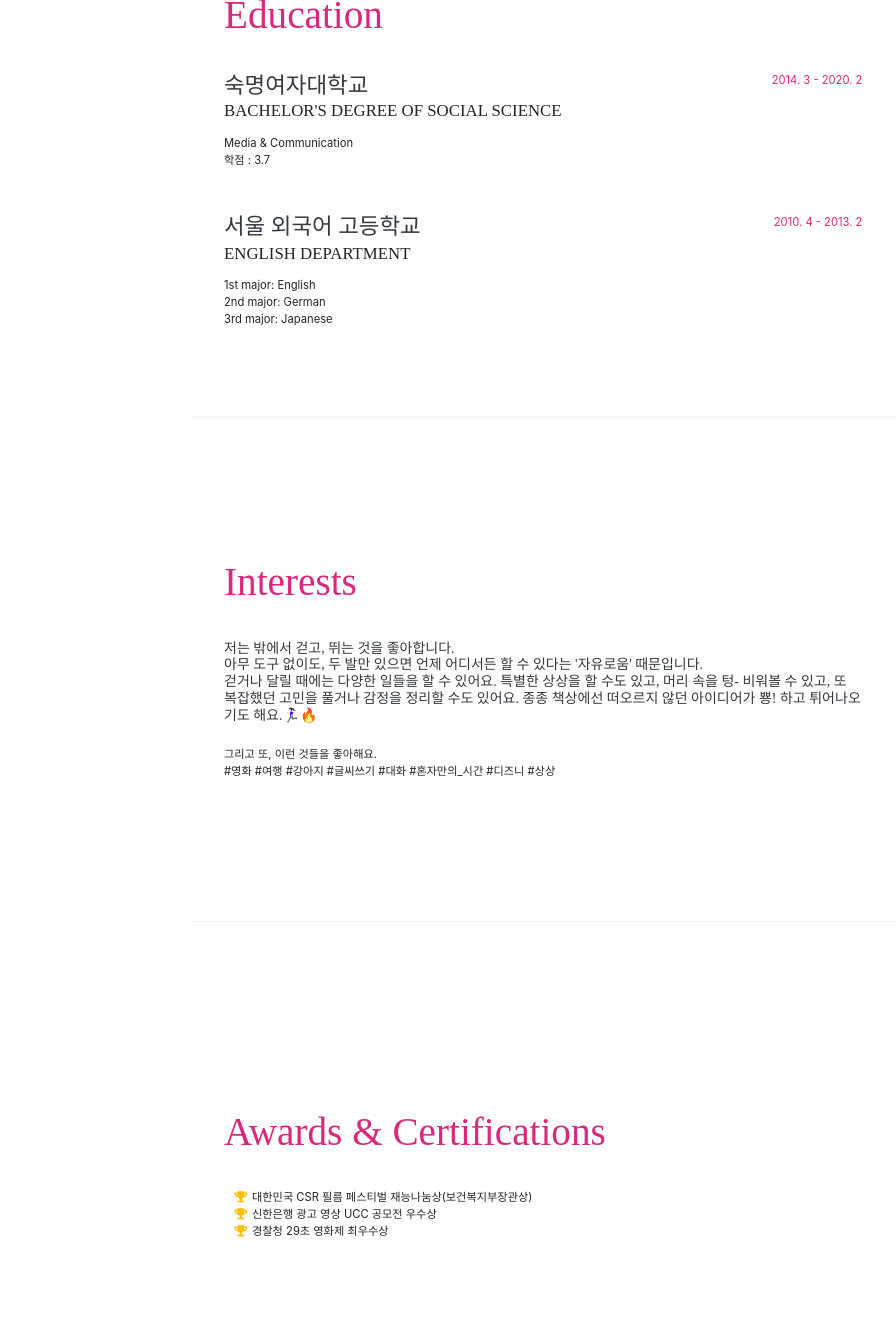
Repository: hyunah-aha/hyunah-aha
Page: Resume/index.html
The author's editor kept a record of every edit. The page is drawn from the files as they stood at one moment, then again after the next edit.
The browser window is 1280 px wide. The pictures show the part of the page from y = 1916 to 3836 px (the page is 3953 px tall), at 70% of full size.
Some web fonts or font styles are not loaded; a fallback is used.

Above is the page before.

### Resume/index.html
<!DOCTYPE html>
<html lang="kor">

<head>

  <meta charset="utf-8">
  <meta name="viewport" content="width=device-width, initial-scale=1, shrink-to-fit=no">
  <meta name="description" content="">
  <meta name="author" content="">

  <title>Resume - Start Bootstrap Theme</title>

  <!-- Bootstrap core CSS -->
  <link href="vendor/bootstrap/css/bootstrap.min.css" rel="stylesheet">

  <!-- Custom fonts for this template -->
  <link href="https://fonts.googleapis.com/css?family=Saira+Extra+Condensed:500,700" rel="stylesheet">
  <link href="https://fonts.googleapis.com/css?family=Muli:400,400i,800,800i" rel="stylesheet">
  <link href="vendor/fontawesome-free/css/all.min.css" rel="stylesheet">

  <!-- Custom styles for this template -->
  <link href="css/resume.css" rel="stylesheet">

</head>

<body id="page-top">

  <nav class="navbar navbar-expand-lg navbar-dark bg-primary fixed-top" id="sideNav">
    <a class="navbar-brand js-scroll-trigger" href="#page-top">
      <span class="d-block d-lg-none">현아의 포트폴리오
</span>
      <span class="d-none d-lg-block">
        <img class="img-fluid img-profile rounded-circle mx-auto mb-2" src="img/hyunah_profile2.jpeg" alt="">
      </span>
    </a>
    <button class="navbar-toggler" type="button" data-toggle="collapse" data-target="#navbarSupportedContent" aria-controls="navbarSupportedContent" aria-expanded="false" aria-label="Toggle navigation">
      <span class="navbar-toggler-icon"></span>
    </button>
    <div class="collapse navbar-collapse" id="navbarSupportedContent">
      <ul class="navbar-nav">
        <li class="nav-item">
          <a class="nav-link js-scroll-trigger" href="#about">Hello :D </a>
        </li>
        <li class="nav-item">
          <a class="nav-link js-scroll-trigger" href="#experience">experience</a>
        </li>
        <li class="nav-item">
        </li>
        <li class="nav-item">
          <a class="nav-link js-scroll-trigger" href="#interests">interests</a>
        </li>
        <li class="nav-item">
          <a class="nav-link js-scroll-trigger" href="#awards">awards</a>
        </li>
      </ul>
    </div>
  </nav>

  <div class="container-fluid p-0">

    <section class="resume-section p-3 p-lg-5 d-flex align-items-center" id="about">
      <div class="w-100">
        <h2 class="mb-0">현아의 포트폴리오
        </h2>
        <br>
        <div class="subheading mb-5">T. 010-8704-0516<br>
          <a href="mailto:someday_ii@hanmail.net">E. someday_ii@hanmail.net</a>
        </div>
        <p class="lead mb-5">안녕하세요. 1년차 서비스 기획자 조현아입니다 🐥🌱 <br>이 자료는 저의 경력 사항들과, 그 이외의 경험들을 담고 있습니다. <br> 시간 내주셔서 감사드립니다. 지금부터 제 소개를 시작하겠습니다.</p>
        <br>
        <div class="social-icons">
          <a href="https://www.triple.guide/intro/" target="_blank">
            <i class="fab fa-linkedin-in"></i>
          </a>
          <a href="https://together.kakao.com/" target="_blank">
            <i class="fab fa-github"></i>
          </a>
          <a href="https://www.naver.com/" target="_blank">
            <i class="fab fa-twitter"></i>
          </a>
          <a href="https://www.daum.net" target="_blank">
            <i class="fab fa-facebook-f"></i>
          </a>
        </div>
      </div>
    </section>

    <hr class="m-0">

    <section class="resume-section p-3 p-lg-5 d-flex justify-content-center" id="experience">
      <div class="w-100">
        <h2 class="mb-5">Experience</h2>

        <div class="resume-item d-flex flex-column flex-md-row justify-content-between mb-5">
          <div class="resume-content">
            <h3 class="mb-0">서비스 기획자</h3>
            <div class="subheading mb-3">여행 어플 '트리플'</div>
            <p>해외여행 어플 '트리플'에서 서비스 기획자로 일하고 있습니다. <br> 웹/앱 서비스기획, 어드민 기획, 푸시 운영, 운영 정책 수립 등의 업무를 진행하고 있습니다. </p>
          </div>
          <div class="resume-date text-md-right">
            <span class="text-primary">2019. 7 - 현재</span>
          </div>
        </div>

        <div class="resume-item d-flex flex-column flex-md-row justify-content-between mb-5">
          <div class="resume-content">
            <h3 class="mb-0">서비스 기획 어시스턴트</h3>
            <div class="subheading mb-3">사회공헌플랫폼 '카카오같이가치'</div>
            <p>카카오 사회공헌 플랫폼 '카카오같이가치'에서 서비스 기획 어시스턴트로 일했습니다. <br>  서비스 개편 지원 및 배포 테스트 진행, 서비스 TC 작성 및 QA 진행, 콘텐츠 기획 및 제작,<br> 공식 SNS 운영 등의 업무를 진행하였습니다. </p>
          </div>
          <div class="resume-date text-md-right">
            <span class="text-primary">2016. 11 - 2017. 10</span>
          </div>
        </div>


        <div class="resume-item d-flex flex-column flex-md-row justify-content-between mb-5">
          <div class="resume-content">
            <h3 class="mb-0">프리랜서 PD</h3>
            <div class="subheading mb-3">한국정책방송원 KTV</div>
            <p>한국정책방송원 KTV에서 프리랜서 PD로 근무하면서 영상 기획 및 편집 업무를 진행하였습니다.</p>
          </div>
          <div class="resume-date text-md-right">
            <span class="text-primary">2018. 6 - 2018. 9</span>
          </div>
        </div>

        <div class="resume-item d-flex flex-column flex-md-row justify-content-between">
          <div class="resume-content">
            <h3 class="mb-0">대학방송국 영상 팀장</h3>
            <div class="subheading mb-3">숙명여자대학교 방송국 SBS</div>
            <p>숙명여자대학교 방송국 SBS에서 영상팀장으로 활동하였습니다. <br>교내 방송 프로그램 기획, 편성, 제작을 하였으며 다양한 영화를 제작하여 방송제를 진행하였습니다.</p>
          </div>
          <div class="resume-date text-md-right">
            <span class="text-primary">2014. 3 - 2016. 6</span>
          </div>
        </div>
        <br><br>

        </div>

      </div>

    </section>

    <hr class="m-0">

    <section class="resume-section p-3 p-lg-5 d-flex align-items-center" id="education">
      <div class="w-100">
        <h2 class="mb-5">Education</h2>

        <div class="resume-item d-flex flex-column flex-md-row justify-content-between mb-5">
          <div class="resume-content">
            <h3 class="mb-0">숙명여자대학교</h3>
            <div class="subheading mb-3">bachelor's degree of social science</div>
            <div>Media & Communication</div>
            <p>학점 : ️3.7</p>
          </div>
          <div class="resume-date text-md-right">
            <span class="text-primary">2014. 3 - 2020. 2</span>
          </div>
        </div>

        <div class="resume-item d-flex flex-column flex-md-row justify-content-between">
          <div class="resume-content">
            <h3 class="mb-0">서울 외국어 고등학교</h3>
            <div class="subheading mb-3">English department</div>
            <p>1st major: English<br>
            2nd major: German<br>
            3rd major: Japanese</p>
          </div>
          <div class="resume-date text-md-right">
            <span class="text-primary">2010. 4 - 2013. 2</span>
          </div>
        </div>

      </div>
    </section>

    <hr class="m-0">

    <section class="resume-section p-3 p-lg-5 d-flex align-items-center" id="interests">
      <div class="w-100">
        <h2 class="mb-5">Interests</h2>
        <h5>저는 밖에서 걷고, 뛰는 것을 좋아합니다. <br>아무 도구 없이도, 두 발만 있으면 언제 어디서든 할 수 있다는 '자유로움' 때문입니다.<br>걷거나 달릴 때에는 다양한 일들을 할 수 있어요. 특별한 상상을 할 수도 있고, 머리 속을 텅- 비워볼 수 있고, 또 복잡했던 고민을 풀거나 감정을 정리할 수도 있어요. 종종 책상에선 떠오르지 않던 아이디어가 뿅! 하고 튀어나오기도 해요.🏃🏻‍♀️🔥</h5><br>
        <p class="mb-0">그리고 또, 이런 것들을 좋아해요.<br>
        #영화 #여행 #강아지 #글씨쓰기 #대화 #혼자만의_시간 #디즈니 #상상</p>
      </div>
    </section>

    <hr class="m-0">

    <section class="resume-section p-3 p-lg-5 d-flex align-items-center" id="awards">
      <div class="w-100">
        <h2 class="mb-5">Awards &amp; Certifications</h2>
        <ul class="fa-ul mb-0">
          <li>
            <i class="fa-li fa fa-trophy text-warning"></i>
            대한민국 CSR 필름 페스티벌 재능나눔상(보건복지부장관상)</li>
          <li>
            <i class="fa-li fa fa-trophy text-warning"></i>
            신한은행 광고 영상 UCC 공모전 우수상</li>
          <li>
            <i class="fa-li fa fa-trophy text-warning"></i>
            경찰청 29초 영화제 최우수상</li>

        </ul>
      </div>
    </section>

  </div>

  <!-- Bootstrap core JavaScript -->
  <script src="vendor/jquery/jquery.min.js"></script>
  <script src="vendor/bootstrap/js/bootstrap.bundle.min.js"></script>

  <!-- Plugin JavaScript -->
  <script src="vendor/jquery-easing/jquery.easing.min.js"></script>

  <!-- Custom scripts for this template -->
  <script src="js/resume.min.js"></script>

</body>

</html>

### Resume/css/resume.css
/*!
 * Start Bootstrap - Resume v5.0.8 (https://startbootstrap.com/template-overviews/resume)
 * Copyright 2013-2019 Start Bootstrap
 * Licensed under MIT (https://github.com/BlackrockDigital/startbootstrap-resume/blob/master/LICENSE)
 */
head

body {
  font-family: 'MapoGoldenPier'; src: url('https://cdn.jsdelivr.net/gh/projectnoonnu/noonfonts_2001@1.1/MapoGoldenPierA.woff') format('woff'); font-weight: normal; font-style: normal;
  padding-top: 54px;
  color: #868e96;
}

@media (min-width: 992px) {
  body {
    padding-top: 0;
    padding-left: 17rem;
  }
}

h1,
h2,
h3,
h4,
h5,
h6 {
  font-family: 'MapoGoldenPier'; src: url('https://cdn.jsdelivr.net/gh/projectnoonnu/noonfonts_2001@1.1/MapoGoldenPierA.woff') format('woff'); font-weight: normal; font-style: normal;
  color: #343a40;
}

h1 {
  font-size: 6rem;
  line-height: 5.5rem;
  font-family: 'MapoGoldenPier';
}

h2 {
  color: #dc287c;
  font-size: 3.5rem;
  font-family: 'MapoGoldenPier'
}

h3 {
  font-size: 2rem;
  font-family: 'MapoGoldenPier';
}

p.lead {
  font-size: 1.15rem;
  font-weight: 400;
  font-family: 'MapoGoldenPier';
}

.subheading {
  text-transform: uppercase;
  font-weight: 500;
  font-family: 'MapoGoldenPier';
  font-size: 1.5rem;
}

.social-icons a {
  display: inline-block;
  height: 3.5rem;
  width: 3.5rem;
  background-color: #495057;
  color: #fff !important;
  border-radius: 100%;
  text-align: center;
  font-size: 1.5rem;
  line-height: 3.5rem;
  margin-right: 1rem;
  font-family: 'MapoGoldenPier';
}

.social-icons a:last-child {
  margin-right: 0;
}

.social-icons a:hover {
  background-color: #BD5D38;
}

.dev-icons {
  font-size: 3rem;
}

.dev-icons .list-inline-item i:hover {
  color: #BD5D38;
}

#sideNav .navbar-nav .nav-item .nav-link {
  font-weight: 800;
  letter-spacing: 0.05rem;
  text-transform: uppercase;
}

#sideNav .navbar-toggler:focus {
  outline-color: #d48a6e;
}

@media (min-width: 992px) {
  #sideNav {
    text-align: center;
    position: fixed;
    top: 0;
    left: 0;
    display: flex;
    flex-direction: column;
    width: 17rem;
    height: 100vh;
  }
  #sideNav .navbar-brand {
    display: flex;
    margin: auto auto 0;
    padding: 0.5rem;
  }
  #sideNav .navbar-brand .img-profile {
    max-width: 10rem;
    max-height: 10rem;
    border: 0.5rem solid rgba(255, 255, 255, 0.2);
  }
  #sideNav .navbar-collapse {
    display: flex;
    align-items: flex-start;
    flex-grow: 0;
    width: 100%;
    margin-bottom: auto;
  }
  #sideNav .navbar-collapse .navbar-nav {
    flex-direction: column;
    width: 100%;
  }
  #sideNav .navbar-collapse .navbar-nav .nav-item {
    display: block;
  }
  #sideNav .navbar-collapse .navbar-nav .nav-item .nav-link {
    display: block;
  }
}

section.resume-section {
  padding-top: 5rem !important;
  padding-bottom: 5rem !important;
  max-width: 75rem;
}

section.resume-section .resume-item .resume-date {
  min-width: none;
}

@media (min-width: 768px) {
  section.resume-section {
    min-height: 100vh;
  }
  section.resume-section .resume-item .resume-date {
    min-width: 18rem;
  }
}

@media (min-width: 992px) {
  section.resume-section {
    padding-top: 3rem !important;
    padding-bottom: 3rem !important;
  }
}

.bg-primary {
  background-color: #dc287c !important;
}

.text-primary {
  color: #dc287c !important;
}

a {
  color: #dc287c;
}

a:hover, a:focus, a:active {
  color: #824027;
}

Loaded but not shown: Resume/vendor/bootstrap/css/bootstrap.min.css (library); Resume/vendor/fontawesome-free/css/all.min.css (library); Resume/vendor/jquery/jquery.min.js (library); Resume/vendor/bootstrap/js/bootstrap.bundle.min.js (library); Resume/vendor/jquery-easing/jquery.easing.min.js (common file); Resume/js/resume.min.js (common file)

After the next edit:
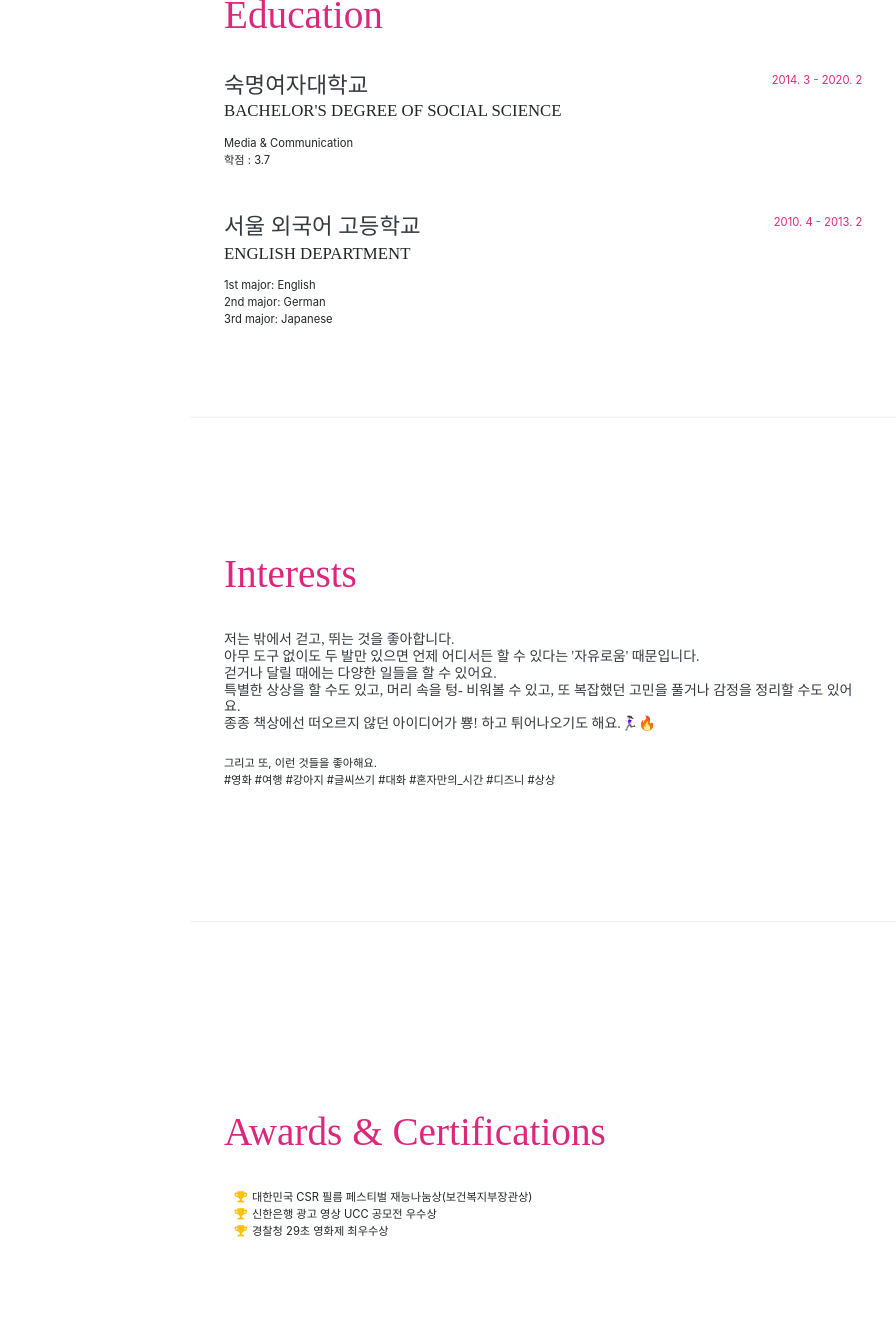
The edit:
--- a/Resume/index.html
+++ b/Resume/index.html
@@ -182,7 +182,7 @@
     <section class="resume-section p-3 p-lg-5 d-flex align-items-center" id="interests">
       <div class="w-100">
         <h2 class="mb-5">Interests</h2>
-        <h5>저는 밖에서 걷고, 뛰는 것을 좋아합니다. <br>아무 도구 없이도, 두 발만 있으면 언제 어디서든 할 수 있다는 '자유로움' 때문입니다.<br>걷거나 달릴 때에는 다양한 일들을 할 수 있어요. 특별한 상상을 할 수도 있고, 머리 속을 텅- 비워볼 수 있고, 또 복잡했던 고민을 풀거나 감정을 정리할 수도 있어요. 종종 책상에선 떠오르지 않던 아이디어가 뿅! 하고 튀어나오기도 해요.🏃🏻‍♀️🔥</h5><br>
+        <h5>저는 밖에서 걷고, 뛰는 것을 좋아합니다. <br>아무 도구 없이도 두 발만 있으면 언제 어디서든 할 수 있다는 '자유로움' 때문입니다.<br>걷거나 달릴 때에는 다양한 일들을 할 수 있어요. <br>특별한 상상을 할 수도 있고, 머리 속을 텅- 비워볼 수 있고, 또 복잡했던 고민을 풀거나 감정을 정리할 수도 있어요. <br>종종 책상에선 떠오르지 않던 아이디어가 뿅! 하고 튀어나오기도 해요.🏃🏻‍♀️🔥</h5><br>
         <p class="mb-0">그리고 또, 이런 것들을 좋아해요.<br>
         #영화 #여행 #강아지 #글씨쓰기 #대화 #혼자만의_시간 #디즈니 #상상</p>
       </div>
